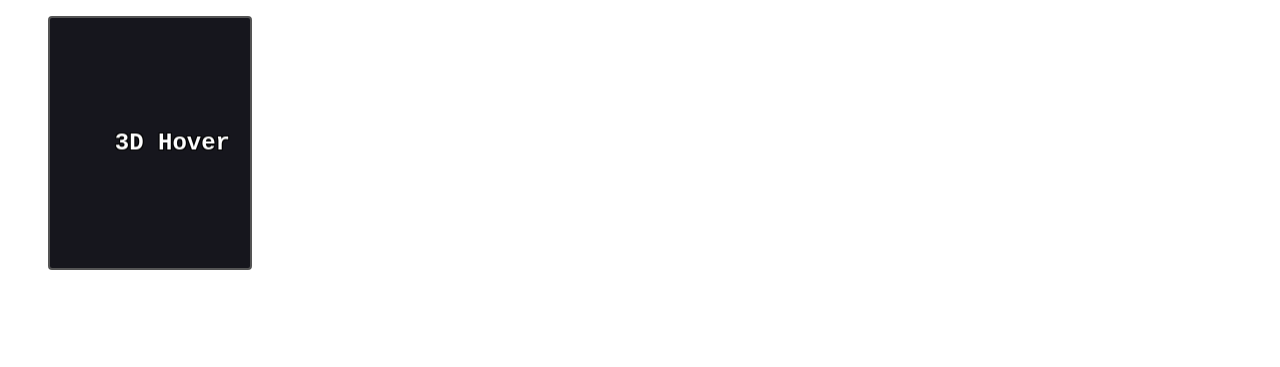
Repository: inzamamahmad3/30-Days-Of-CSS
Page: Day-2/index.html
These files come from the project's save history. The page is drawn as it stood at one moment and after the next save; the edit follows.
The browser window is 1280 px wide. The pictures show the whole page.

Above is the page before, as saved 2023-01-04 13:53:17.

### Day-2/index.html
<!DOCTYPE html>
<html lang="en">
  <head>
    <meta charset="UTF-8" />
    <meta http-equiv="X-UA-Compatible" content="IE=edge" />
    <meta name="viewport" content="width=device-width, initial-scale=1.0" />
    <link rel="stylesheet" href="styles.css" />
    <title>Document</title>
  </head>
  <body>
    <div class="cards">
      <figure class="card">
        <figcaption class="card_title">3D Hover</figcaption>
      </figure>
    </div>
  </body>
</html>

### Day-2/styles.css
.cards {
  perspective: 500px;
}

.card {
  width: 200px;
  height: 250px;
  background: #16161d;
  border: 2px solid #555555;
  border-radius: 4px;
  position: relative;
  transform-style: preserve-3d;
  will-change: transform;
  transition: transform 0.5s;
}

.card:hover {
  transform: translateZ(10px) rotateX(20deg) rotateY(20deg);
}

.card_title {
  color: #fff;
  position: absolute;
  top: 50%;
  right: 20px;
  transform: translateY(-50%);
  transition: transform 0.5s;
  font: 700 1.5rem monospace;
  text-shadow: -1px -1px 0 #000, 1px -1px 0 #000, -1px 1px 0 #000,
    1px 1px 0 #000;
}

.card:hover .card_title {
  transform: translateZ(50px);
}

After the next save:
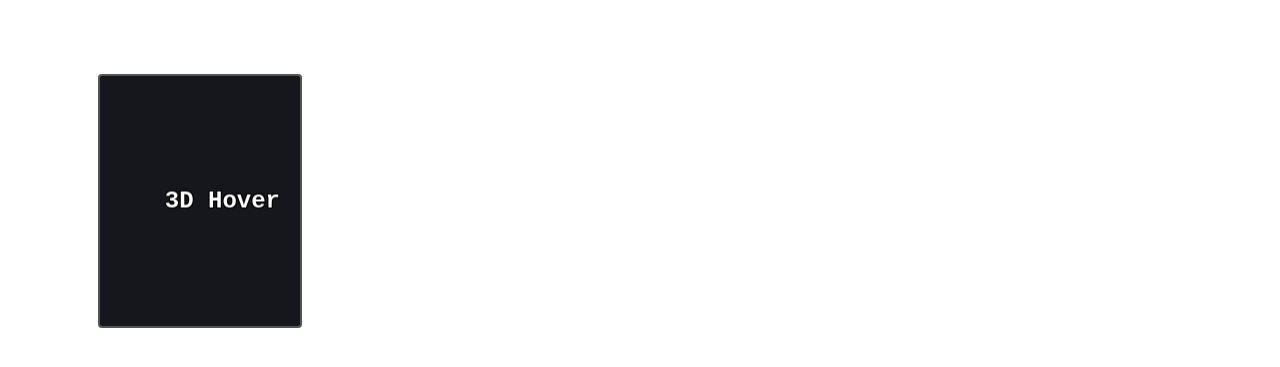
Saved 43 s later.
--- a/Day-2/styles.css
+++ b/Day-2/styles.css
@@ -1,3 +1,7 @@
+body {
+  padding: 50px;
+}
+
 .cards {
   perspective: 500px;
 }
